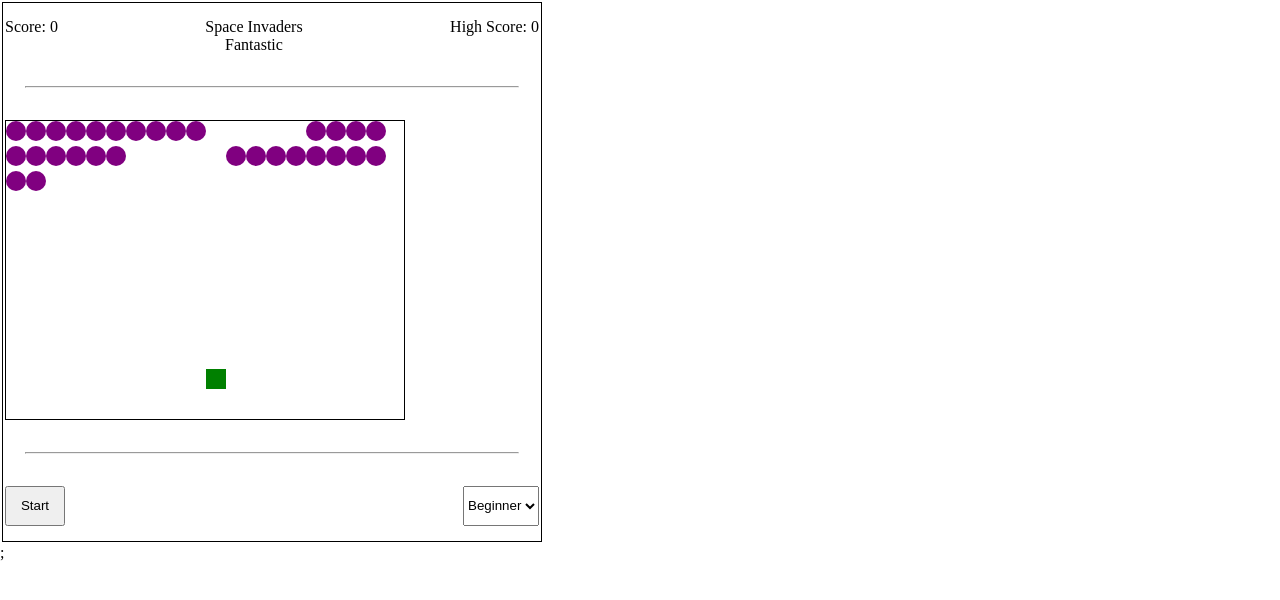
Repository: baziz22/Vanilla_JS_Projects
Page: space invaders/index.html
The author's editor kept a copy of each file at every save. The page is drawn from the files as they stood at one save, then again after the next save.
The browser window is 1280 px wide. The pictures show the whole page.

Above is the page before, as saved 2022-02-20 01:41:06.

After the next save:
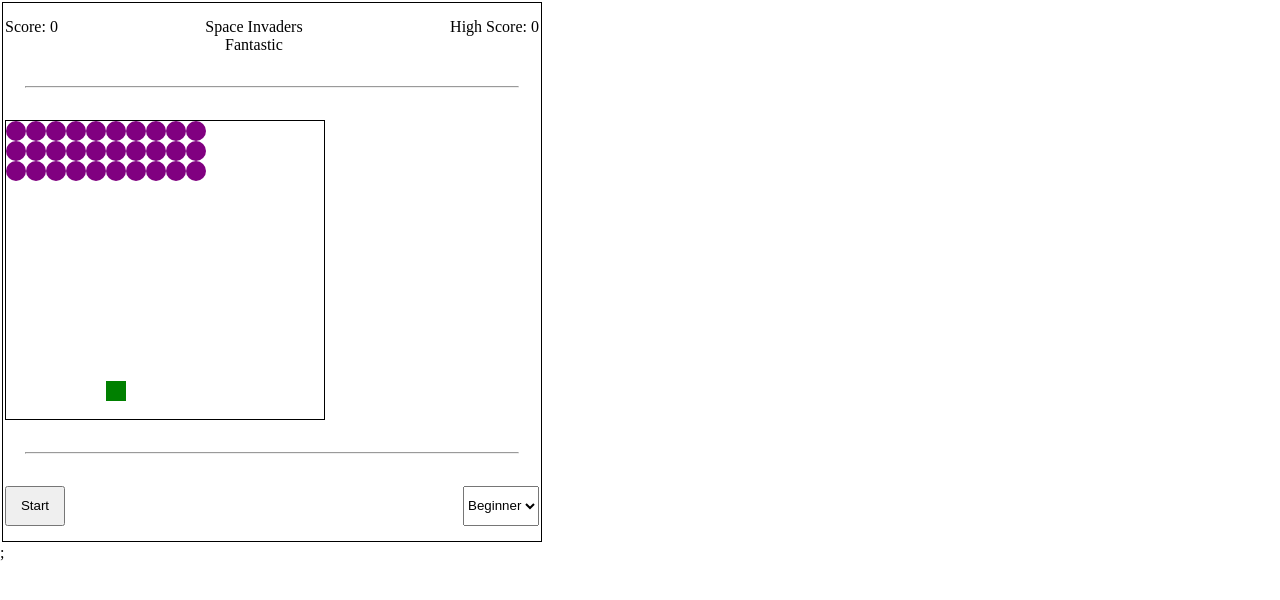
Saved 41 s later.
--- a/space invaders/style.css
+++ b/space invaders/style.css
@@ -44,7 +44,7 @@ hr {
 }
 
 .grid {
-  width: 400px;
+  width: 320px;
   height: 300px;
   border: 1px solid black;
   display: flex;
